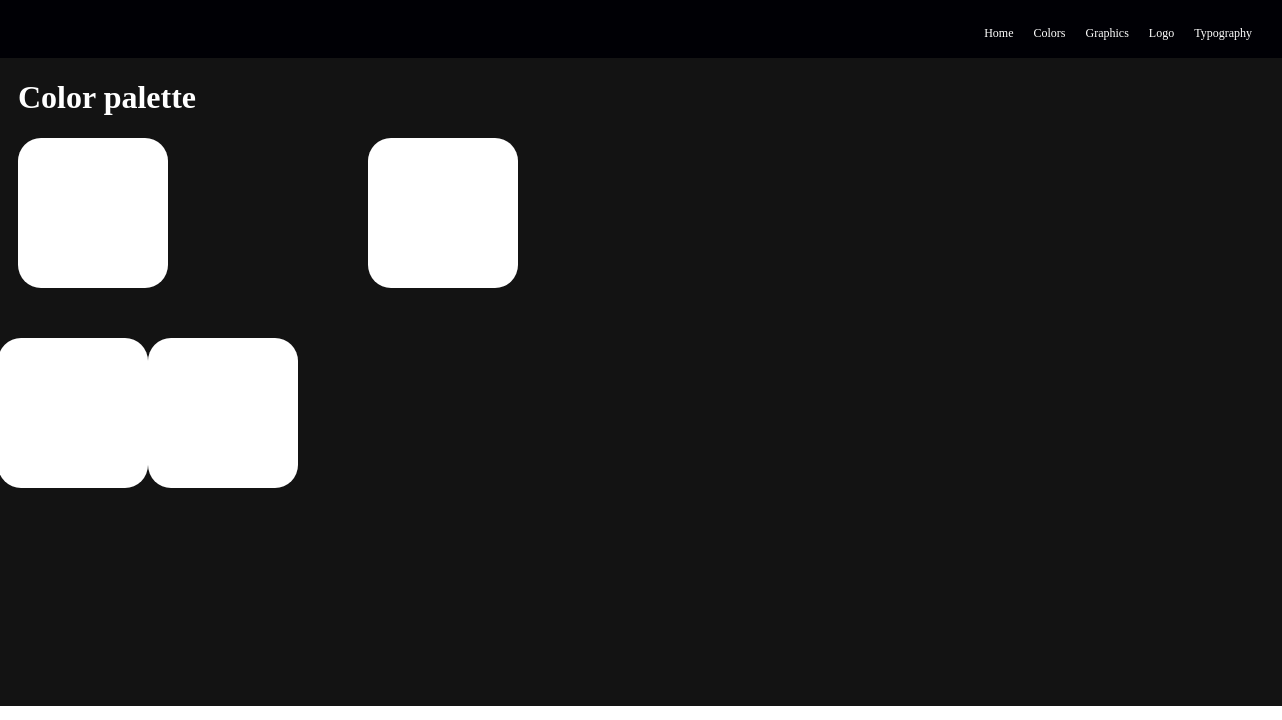
Repository: KyannaKrueger/a5styleguide
Page: /colors
The author's editor kept a copy of each file at every save. The page is drawn from the files as they stood at one save, then again after the next save.
The browser window is 1280 px wide. The page is 1282 px wide, so the pictures cover 1282 px, including what lies to the right of the window. The pictures show the whole page.
The project was rebuilt for these pictures with package versions that can differ from the ones it lists, and the page was loaded fresh each time. The framework's server and built-in components were replaced by stand-ins that run in the browser. Also part of the build but not shown: next.config.mjs.

Above is the page before, as saved 2024-04-05 14:09:48.

### pages/colors.js
import styles from "@/styles/colors.module.css";
import Header from "@/components/Header";

export default function Colors() {
    return (
      <>
      <Header/>
        <main className={styles.colors}>
         <h1 className={styles.clrTitle}>Color palette </h1>
         <div className={styles.clrContainer}>
            <div className={styles.sqOne}></div>
            <div className={styles.sqTwo}></div>
            <div className={styles.sqThree}></div>
            <div className={styles.sqFour}></div>
         </div>
        </main>
      </>
    );
  }

### styles/colors.module.css
.colors {
    display: flex;
    flex-direction: column;
    align-items: left;
    padding: 6rem;
    min-height: 90vh;
    background-color: #131313;
    color: #fff;
    margin:-10px;
    padding: 0px;
    font-family: SF pro;
    position: relative;
  }

  .clrTitle{
    margin-left: 20px;
  }

  .clrContainer {
    display: flex;
    width: 600px;
    height: 400px;
    flex-wrap: wrap;
  }

  .sqOne {
    background-color: #fff;
    width: 150px;
    height: 150px;
    border-radius: 23px;
    margin-left: 20px;
    margin-right: 200px;
  }
  .sqTwo {
    background-color: #fff;
    width: 150px;
    height: 150px;
    border-radius: 23px;
  }
  .sqThree {
    background-color: #fff;
    width: 150px;
    height: 150px;
    border-radius: 23px;
  }
  .sqFour {
    background-color: #fff;
    width: 150px;
    height: 150px;
    border-radius: 23px;
  }

### components/Header/index.js
import styles from './header.module.css';
import Link from 'next/link';

export default function Header() {
  return (
    <>
      <main className={styles.header}>
      <nav>
        <ul className={styles.navBar}>
            <li className={styles.navItem}><Link href="/" className={styles.headLink}>Home</Link></li>
            <li className={styles.navItem}><Link href="/colors" className={styles.headLink}>Colors</Link></li>
            <li className={styles.navItem}><Link href="/graphics" className={styles.headLink}>Graphics</Link></li>
            <li className={styles.navItem}><Link href="/logo" className={styles.headLink}>Logo</Link></li>
            <li className={styles.navItem}><Link href="/typography" className={styles.headLink}>Typography</Link></li>
        </ul>
    </nav>
      </main>
    </>
  );
}

### components/Header/header.module.css
.header {
        background-color: #000005;
        color:aliceblue;
        font-family: 'Lucida Sans', 'Lucida Sans Regular', 'Lucida Grande', 'Lucida Sans Unicode', Geneva, Verdana, sans-serif;
        font-size: 12px;
        height: 70px;
        display: flex;
        justify-content: flex-end;
        align-items: center;
        margin:-10px;
}

.navBar {
        list-style-type: none;
        display: flex;
        justify-content: center;
        margin: 20px;
}

.navItem {
        padding: 10px;
}

.headLink {
        color:#fff;
        text-decoration: none;
        font-family: SF pro;
}

.headLink:hover {
        color:#FF5C00;
        text-decoration: none;
}

Loaded but not shown: pages/_app.js (common file); pages/_document.js (common file); styles/globals.css (common file)

After the next save:
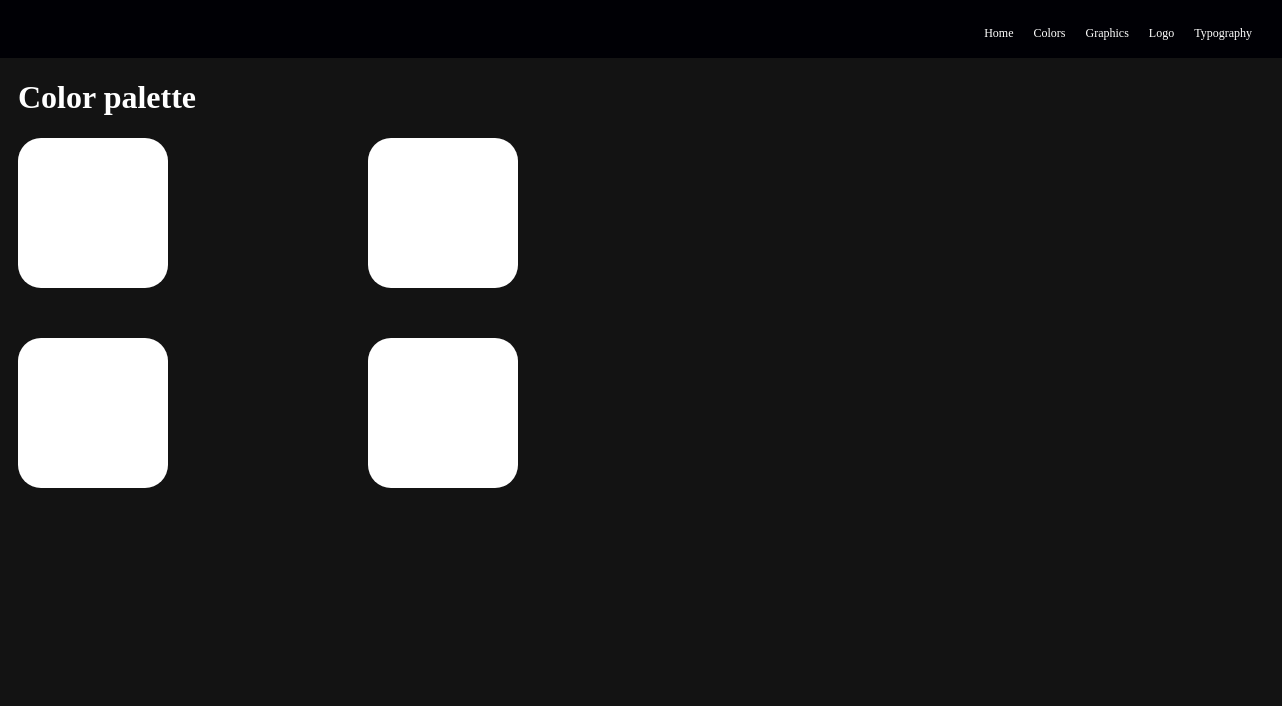
Saved 19 s later.
--- a/styles/colors.module.css
+++ b/styles/colors.module.css
@@ -42,6 +42,8 @@
     width: 150px;
     height: 150px;
     border-radius: 23px;
+    margin-left: 20px;
+    margin-right: 200px;
   }
   .sqFour {
     background-color: #fff;
